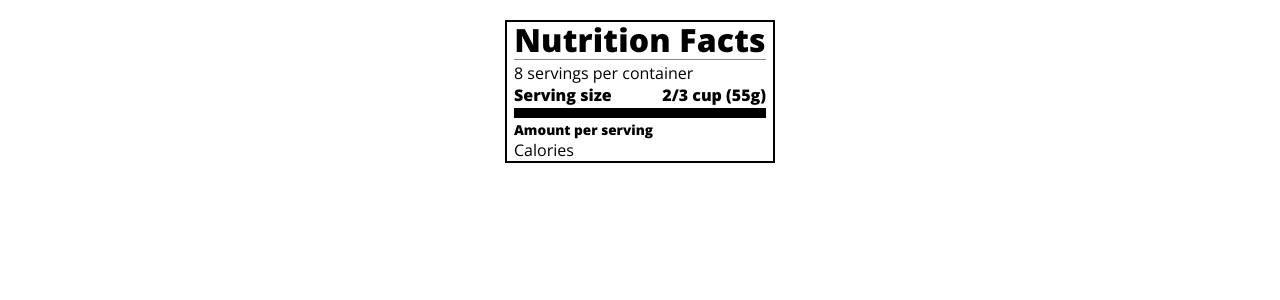
Repository: cipdanila/freeCodeCamp
Page: NutritionLabel/index.html
An editor plug-in stored every save of this project. The page is shown before and after the next save, followed by the edit.
The browser window is 1280 px wide. The pictures show the whole page.

Above is the page before, as saved 2023-10-09 19:55:54.

### NutritionLabel/index.html
<!DOCTYPE html>
<html lang="en">
<head>
    <meta charset="UTF-8">
    <meta name="viewport" content="width=device-width, initial-scale=1.0">
    <title>Nutrition Label</title>
    <link rel="stylesheet" href="https://fonts.googleapis.com/css?family=Open+Sans:400,700,800">
    <link rel="stylesheet" href="styles.css">
</head>
<body>
    <div class="label">
        <header>
            <h1 class="bold">Nutrition Facts</h1>
            <div class="divider"></div>
            <p>8 servings per container</p>
            <p class="bold">Serving size <span>2/3 cup (55g)</span></p>
        </header>
        <div class="divider large"></div>
        <div class="calories-info">
            <div class="left-container">
                <h2 class="bold small-text">Amount per serving</h2>
                <p>Calories</p>
            </div>
        </div>
    </div>
</body>
</html>

### NutritionLabel/styles.css
* {
    box-sizing: border-box;
}

html {
    font-size: 16px;
}

body {
    font-family: "Open Sans", sans-serif;
}

.label {
    border: 2px solid black;
    width: 270px;
    margin: 20px auto;
    padding: 0 7px;
}

.bold {
    font-weight: 800;
}

header h1 {
    text-align: center;
    margin: -4px 0;
    letter-spacing: 0.15px;
}

p {
    margin: 0;
    display: flex;
    justify-content: space-between;
}

.divider {
    border-bottom: 1px solid #888989;
    margin: 2px 0;
}

.large {
    height: 10px;
}

.large, .medium {
    background-color: black;
    border: 0;
}

.small-text {
    font-size: 0.85rem;
}

.calories-info h2 {
    margin: 0;
}

After the next save:
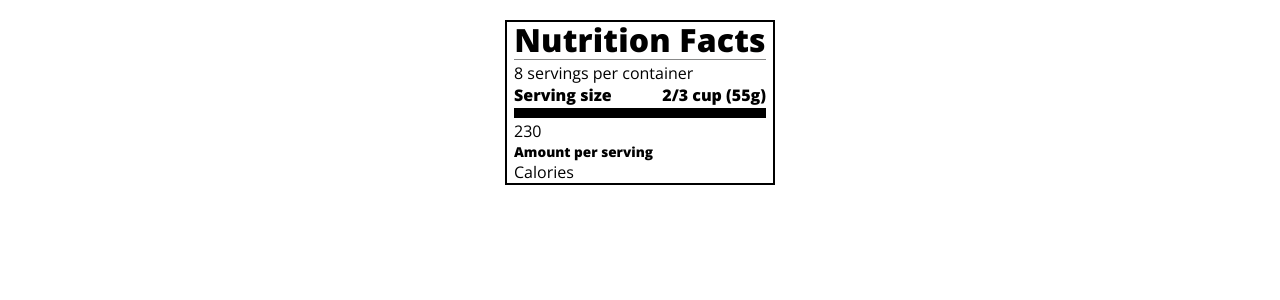
Saved 35 s later.
--- a/NutritionLabel/index.html
+++ b/NutritionLabel/index.html
@@ -18,6 +18,7 @@
         <div class="divider large"></div>
         <div class="calories-info">
             <div class="left-container">
+                <span>230</span>
                 <h2 class="bold small-text">Amount per serving</h2>
                 <p>Calories</p>
             </div>
